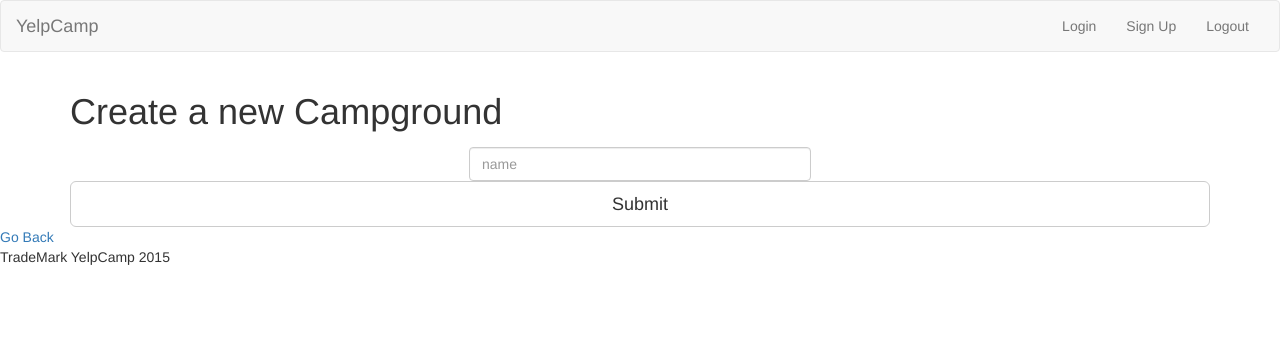
Repository: sanjansawant/Web-Developer-Bootcamp
Page: http://localhost/campgrounds/new
The author's editor kept a record of every edit. The page is drawn from the files as they stood at one moment, then again after the next edit.
The browser window is 1280 px wide. The pictures show the whole page.
Some web libraries are served in a nearby version. The page is served by the project's Node server (YelpCamp/v1/app.js).

Above is the page before.

### YelpCamp/v1/views/new.ejs
<% include partials/header %>
<div class="container">
        <div class="row"></div>
        <h1>Create a new Campground</h1>
        <div style="width: 30%; margin: 0 auto;">

        <form action="/campgrounds" method="POST">
            <div class="form-group"></div>
            <input class="form-control" type="text" name="name" placeholder="name">
            </div>
            <div class="form-group>"
            <input class="form-control" type="text" name="image" placeholder="image url">

            </div>

            <button class="btn btn-lg btn-default btn-block">Submit</button>

            </form>

            </div>

        <a href="campgrounds">Go Back</a>
    </div></div>
<% include partials/footer %>

### YelpCamp/v1/views/partials/header.ejs
<!DOCTYPE html>
<html>
    <head>
        <title>Yelp Camp</title>
        <link rel="stylesheet" type="text/css" href="https://maxcdn.bootstrapcdn.com/bootstrap/3.3.7/css/bootstrap.min.css">
        </head>

        <body>

            <nav class="navbar navbar-default">
    <div class="container-fluid">

        <div class="navbar-header">

            <button type="button" class="navbar-toggle collapsed" data-toggle="collapse" data-target="#bs-example-navbar-collapse-1" aria-expanded="false">
        <span class="sr-only">Toggle navigation</span>
        <span class="icon-bar"></span>
        <span class="icon-bar"></span>
        <span class="icon-bar"></span>
      </button>
               <a class="navbar-brand" href="/">YelpCamp</a>
        </div>
        <div class="collapse navbar-collapse" id="bs-example-navbar-collapse-1">
             <ul class="nav navbar-nav  navbar-right">

            <li><a href="/">Login</a></li>
             <li><a href="/">Sign Up</a></li>
             <li><a href="/">Logout</a></li>
             </ul>
         </div>

        <div>


    </nav>

### YelpCamp/v1/views/partials/footer.ejs


<p>TradeMark YelpCamp 2015</p>

<script
  src="https://code.jquery.com/jquery-3.2.1.js"
  integrity="sha256-DZAnKJ/6XZ9si04Hgrsxu/8s717jcIzLy3oi35EouyE="
  crossorigin="anonymous"></script>
</body>
</html>

### YelpCamp/v1/app.js
var express=require("express");
var app=express();

var bodyParser=require("body-parser");

app.use(bodyParser.urlencoded({extended:true}));

app.set("view engine","ejs");
app.use(express.static("public"));

 var campgrounds=[
       {name:"Salmon Creek",image:"https://farm6.staticflickr.com/5181/5641024448_04fefbb64d.jpg"},
       {name:"Granite Hill",image:"https://farm5.staticflickr.com/4137/4812576807_8ba9255f38.jpg"},
       {name:"Mountain Goat's Rest",image:"https://farm4.staticflickr.com/3273/2602356334_20fbb23543.jpg"}
       ];


app.get("/",function(req,res){

   res.render("landing");
});



app.get("/campgrounds",function(req,res){


       res.render("campgrounds",{campgrounds:campgrounds});

});



app.get("/campgrounds/new",function(req,res){

   res.render("new");

});

//rest
app.post("/campgrounds",function(req,res){

    var name=req.body.name;
    var image=req.body.image;
    var newCampground={name:name, image:image};
    campgrounds.push(newCampground);
    res.redirect("/campgrounds");

});




app.listen(process.env.PORT, process.env.IP,function(){

   console.log("Yelp Camp Server connected");
});

After the next edit:
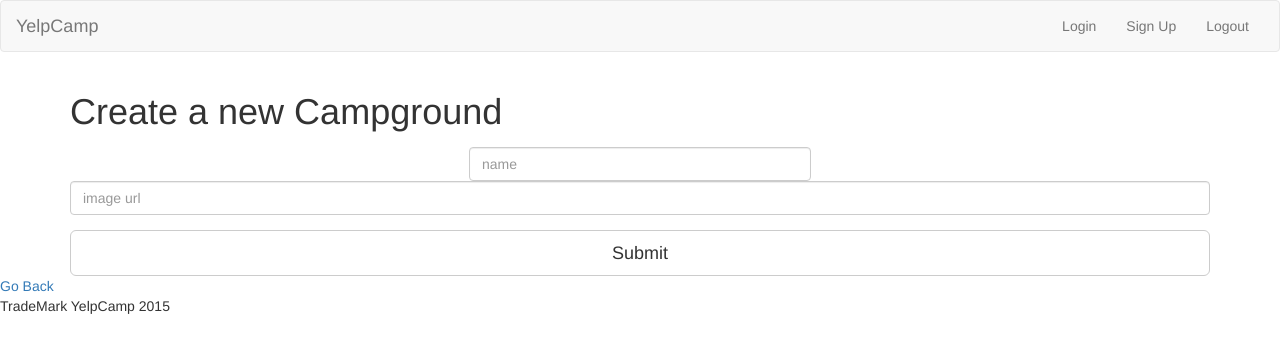
The edit:
--- a/YelpCamp/v1/views/new.ejs
+++ b/YelpCamp/v1/views/new.ejs
@@ -8,7 +8,7 @@
             <div class="form-group"></div>
             <input class="form-control" type="text" name="name" placeholder="name">
             </div>
-            <div class="form-group>"
+            <div class="form-group">
             <input class="form-control" type="text" name="image" placeholder="image url">
 
             </div>
